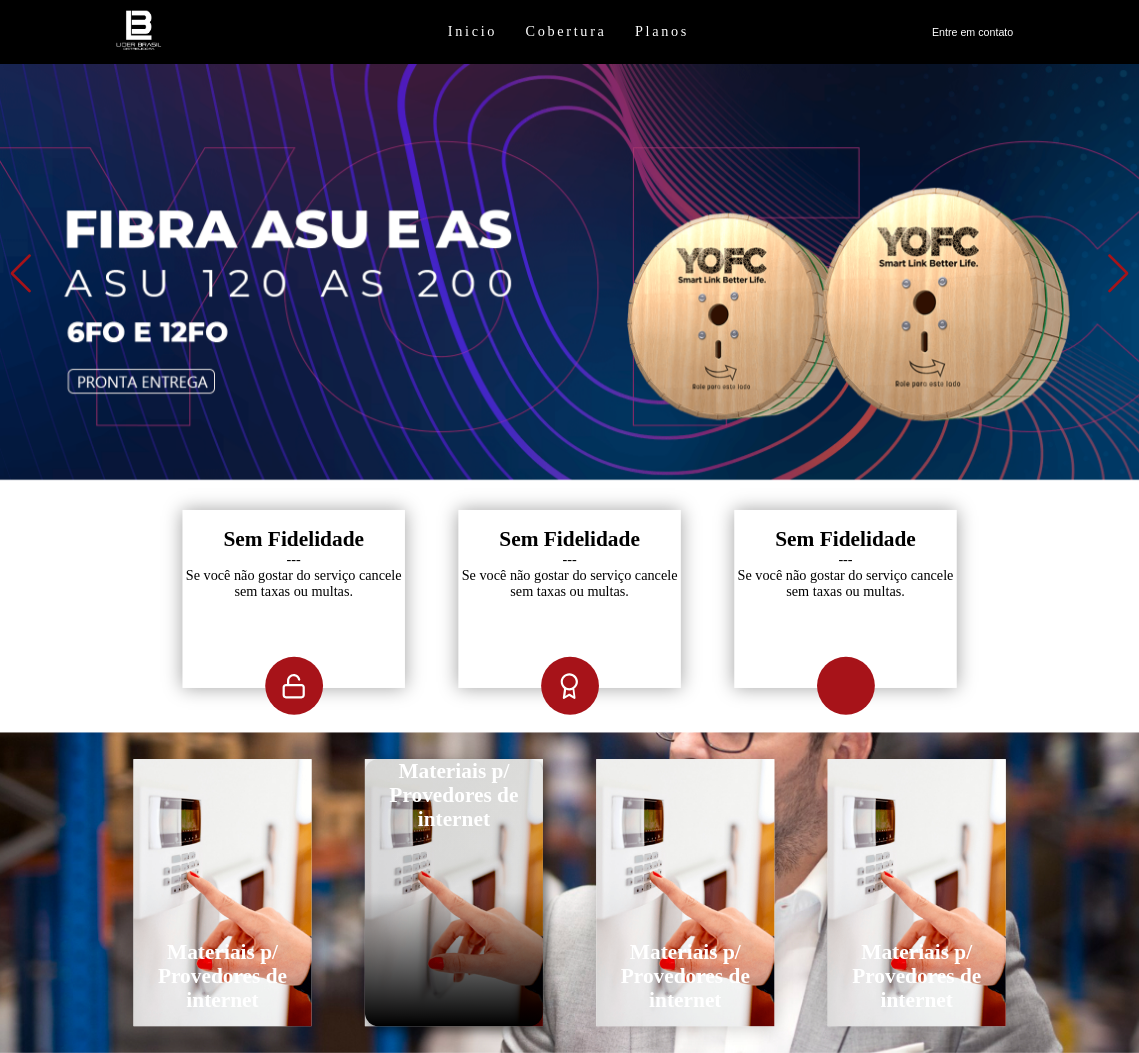
Repository: mateus-henrique-silva/Novo_institucional_lider
Page: index.html
An editor plug-in stored every save of this project. The page is shown before and after the next save, followed by the edit.
The browser window is 1280 px wide. The pictures show the whole page, at 89% of full size.
Backgrounds fixed to the window are drawn as part of the page. Some web fonts or font styles are not loaded; a fallback is used.

Above is the page before, as saved 2022-09-06 10:20:36.
Console error: SyntaxError: Identifier 'MobileNavbar' has already been declared

### index.html
<!DOCTYPE html>
<html lang="en">
  <head>
    <meta charset="UTF-8" />
    <meta http-equiv="X-UA-Compatible" content="IE=edge" />
    <meta name="viewport" content="width=device-width, initial-scale=1.0" />
    <meta
      name="viewport"
      content="width=device-width, user-scalable=yes, initial-scale=1.0, maximum-scale=10, minimum-scale=1.0"
    />
    <link rel="stylesheet" href="./src/CSS/Global.css" />
    <link rel="stylesheet" href="./src/CSS/Header/style.css" />
    <link rel="stylesheet" href="./src/CSS/Main/style.css" />
    <link rel="stylesheet" href="./src/CSS/Main/Carousel/styles.css" />
    <link rel="stylesheet" href="./src/CSS/Main/Box/style.css" />
    <link rel="stylesheet" href="./src/CSS/Main/Products/style.css" />
    <link
      rel="stylesheet"
      href="https://unpkg.com/swiper@8/swiper-bundle.min.css"
    />

    <title>Líder Brasil</title>
  </head>
  <body>
    <header>
      <nav>
        <a class="logo"
          ><img src="./src/Assets/Logo/lb.png" width="50" alt=""
        /></a>
        <div class="mobile-menu">
          <div class="line1"></div>
          <div class="line2"></div>
          <div class="line3"></div>
        </div>
        <ul class="nav-list">
          <li><a href="#network index.html">Inicio</a></li>
          <li><a href="#map-container">Cobertura</a></li>
          <li><a href="#container">Planos</a></li>
        </ul>
        <ul>
          <li style="list-style: none; font-size: 10px">
            <a
              href="#"
              style="
                font-size: 12px;
                padding: 10px;
                font-family: arial;
                color: white;
              "
              onclick="openForm()"
              class="contact-header"
              >Entre em contato</a
            >
          </li>
        </ul>
      </nav>
    </header>
    <main>
      <section>
        <div class="swiper">
          <div class="swiper-wrapper">
            <div class="swiper-slide">
              <div class="project-img">
                <img
                  src="./src/Assets/img/carrossel/desktop/drop-desktop.png"
                  alt="Foto 01"
                />
              </div>
              <div class="project-img" id="mobile-img">
                <img
                  src="./src/Assets/img/carrossel/mobile/drop-mobile.png"
                  alt="Foto 03"
                />
              </div>
            </div>
            <div class="swiper-slide">
              <div class="project-img">
                <img
                  src="./src/Assets/img/carrossel/desktop/escada-desktop.png"
                  alt="Foto 01"
                />
              </div>
              <div class="project-img" id="mobile-img">
                <img
                  src="./src/Assets/img/carrossel/mobile/escada-mobile.png"
                  alt="Foto 03"
                />
              </div>
            </div>
            <div class="swiper-slide">
              <div class="project-img">
                <img src="./src/Assets/img/teste6.png" alt="Foto 01" />
              </div>
              <div class="project-img" id="mobile-img">
                <img src="./src/Assets/img/foto_03.png" alt="Foto 03" />
              </div>
            </div>
          </div>
          <div class="swiper-button-next"></div>
          <div class="swiper-button-prev"></div>
          <div class="swiper-pagination"></div>
        </div>
      </section>
      <section>
        <div class="section-box">
          <!-- card 1 -->

          <ul>
            <li class="box">
              <div class="box-inter">
                <h1>Sem Fidelidade</h1>
                <p>---</p>

                <p>
                  Se você não gostar do serviço cancele sem taxas ou multas.
                </p>
              </div>

              <div class="obj">
                <img
                  src="./src/Assets/img/icons/unlock.svg"
                  alt="arrowup"
                  srcset=""
                />
              </div>
            </li>
            <!-- card 2 -->
            <li class="box">
              <div class="box-inter">
                <h1>Sem Fidelidade</h1>
                <p>---</p>

                <p>
                  Se você não gostar do serviço cancele sem taxas ou multas.
                </p>
              </div>

              <div class="obj">
                <img
                  src="./src/Assets/img/icons/award.svg"
                  alt="arrowup"
                  srcset=""
                />
              </div>
            </li>
            <!-- card 3 -->
            <li class="box">
              <div class="box-inter">
                <h1>Sem Fidelidade</h1>
                <p>---</p>

                <p>
                  Se você não gostar do serviço cancele sem taxas ou multas.
                </p>
              </div>

              <div class="obj">
                <img
                  src="./src/Assets/img/icons/chevrons-up.svg"
                  alt="arrowup"
                  srcset=""
                />
              </div>
            </li>
          </ul>
        </div>
      </section>

      <section>
        <div class="background">
          <img
            class="img"
            src="./src/Assets/img/icons/aBlack.svg"
            alt=""
            srcset=""
          />

          <ul>
            <li>
              <div class="products">
                <button>text</button>
                <div>
                  <h2>Materiais p/ Provedores de internet</h2>
                </div>

              </div>
            </li>

            <li>

              <div class="products">
                <div class="back-radient">
                <button>text</button>
                <div>
                  <h2>Materiais p/ Provedores de internet</h2>
                </div>

              </div>
            </div>
            </li>

            <li>
              <div class="products">
                <button>text</button>
                <div>
                  <h2>Materiais p/ Provedores de internet</h2>
                </div>

              </div>
            </li>
            <li>
              <div class="products">
                <button>text</button>
                <div>
                  <h2>Materiais p/ Provedores de internet</h2>
                </div>

              </div>
            </li>
          </ul>
        </div>
      </section>
    </main>
    <footer></footer>
    <script src="https://unpkg.com/swiper@8/swiper-bundle.min.js"></script>
    <script src="./src/Scripts/Carousel/scripts.js"></script>
    <script src="./src/Scripts/Mobile/scripts.js"></script>
    <script src="./src/Scripts/Global.js"></script>
  </body>
</html>

### src/CSS/Global.css
@import url("https://fonts.googleapis.com/css2?family=Montserrat:ital,wght@0,100;0,200;0,300;0,400;0,500;0,600;0,700;0,800;0,900;1,100;1,200;1,300;1,400;1,500;1,600;1,700;1,800;1,900&family=Source+Serif+Pro:ital,wght@0,200;0,300;0,400;0,600;0,700;0,900;1,200;1,300;1,400;1,600;1,700;1,900&display=swap");

* {
  font-family: 'Source Serif Pro', serif;
  margin: 0;
  padding: 0;
  border: 0;

}


body{

}

### src/CSS/Header/style.css
header {
  width: 100%;
  background-color: black;
  margin-top: 0;
}
a {
  color: black;
  text-decoration: none;
  transition: 0.3s;
}

a:hover {
  opacity: 0.7;
}

.logo {
  align-items: center;
  width: 6%;

  text-transform: uppercase;
  letter-spacing: 4px;
}

.logo h1 {
  font-size: 12px;
}

nav {
  display: flex;
  z-index: 1;

  width: 100%;
  margin-top: 0;

  justify-content: space-around;
  align-items: center;
  background-color: black;
  height: 10vh;
}

.nav-list {
  text-align: center;
  justify-content: center;
  list-style: none;
  display: flex;
  z-index: 1;
}

.nav-list li {
  letter-spacing: 3px;
  margin-left: 32px;
}
.nav-list li a {
  color: white;
}
.nav-list li a:hover {
  color: #ff073b;
}

.mobile-menu {
  display: none;
  margin-left: 80px;
  cursor: pointer;
}

.mobile-menu div {
  transition: 0.3s;

  width: 32px;
  height: 2px;
  background: white;
  margin: 8px;
}

@media (max-width: 950px) {
  body {
    overflow-x: hidden;
  }

  .nav-list {
    position: absolute;
    top: 7vh;
    right: 0;
    width: 100vw;
    height: 100vh;
    background-color: white;
    flex-direction: column;
    color: white;
    /* align-items: center; */
    display: none;
    justify-content:flex-start;
    transition: 0.4s ease-in;
    /* justify-content: space-around; */
    transform: translateX(100%);
  }

  .nav-list li {
    margin-top:100px;
    margin-left: 0;
    opacity: 0;
  }

  .mobile-menu {
    display: block;
  }
  .contact-header {
    display: none;
  }

  .logo {
    margin-left:10px;
    width: 60%;
  }
}

.nav-list.active {
  transition: 0.3s;
  overflow-y: hidden;
  position: fixed;
  z-index: 10000;
  background-color: black;
  transform: translateX(0);
  display: flex;
}

.nav-list.active li {
  color: white!important;
  font-weight:bold;
}

.nav-list.active li {
  color: white;
}

@keyframes navLinkFade {
  from {
    opacity: 0;
    transform: translateX(50px);
  }

  to {
    opacity: 1;
    transform: translateX(0);
  }
}

.mobile-menu.active .line1 {
  transform: rotate(-45deg) translate(-8px, 8px);
}

.mobile-menu.active .line2 {
  opacity: 0;
}

.mobile-menu.active .line3 {
  transform: rotate(45deg) translate(-5px, -7px);
}

### src/CSS/Main/style.css
main{
    width: 100%;
    height: 100%;

    max-width: 100vw;
}


section{

    width: 100%;
    max-width: 100vw;
    height: 100%;
}


ul li {
    list-style: none;
}

### src/CSS/Main/Carousel/styles.css
.swiper {
    height: 100%!important;

  }

  .swiper-slide {
    text-align: center;
    display: flex;
    height: 100%!important;
    align-items: center;
    justify-content: center;
  }

  @media (max-width: 450px) {
    .swiper {
      height: 270px;
    }

    .project-img img{
      width: 100%;
      height: 100%!important;
    }
  }

  .project-img img{
    width: 100%;
    /* height: 80vh; */
  }



  .swiper-pagination-bullet{
    color: white !important;
    /* margin-top:-10px!important; */
    background-color:white !important;
  }

  /*
    largura => 3840
    Altura => 420

  */


  .swiper-button-next:after, .swiper-button-prev:after{
    color:#a71319 !important;
  }

  #mobile-img{
    display: none;
  }


  @media(max-width:999px){
    #mobile-img{
      display: block!important;
    }


    .project-img{
      display:none;
    }
  }


.menu{
  display:flex;
  flex-direction:column;
}

### src/CSS/Main/Box/style.css
.section-box {
  width: 100%;

  justify-content: center;
  align-items: center;
  display: flex;
}

.box {
  display: flex;
  flex-direction: column;
  /* justify-content: center; */

  justify-content: flex-end;
  align-items: center;
  height: 100%;
  margin: 30px;
  margin-bottom: 20px;
  /* width: 100%; */
  /* background-color: red; */
}

@media (max-width: 770px) {
  .section-box {
    width: 100%;
    justify-content: space-around;
    flex-direction: column;
    display: flex;
  }

  .box-inter {
    background-color: white;
    height: 100px;
    width: 200px;
    /* width: 100%; */
  }
}

@media (max-width: 480px) {
  .box-inter {
    height: 170px !important;
    width: 170px !important;
    /* width: 100%; */
  }

  .obj {
    height: 45px !important;

    margin-top: -35px;
    width: 45px !important;
  }

  .obj img {
    width: 20px !important;
  }
}

.box-inter {
  background-color: white;
  height: 200px;
  width: 250px;
  -webkit-box-shadow: 0px 0px 20px 0px rgba(0, 0, 0, 0.37);
  box-shadow: 0px 0px 20px 0px rgba(0, 0, 0, 0.37);
  display: flex;

  flex-direction: column;
  align-items: center;
  text-align: center;

  /* width: 100%; */
}

.box-inter h1 {
  margin-top: 20px;
  font-size: clamp(1em, 1em + 1vw, 1.5em);
}

.box p {
  font-size: clamp(1em, 1em + 0.5vw, 0.5em);
}
.obj {
  background-color: #a71319;
  height: 65px;

  border-radius: 50%;
  display: flex;
  align-items: center;
  justify-content: center;
  margin-top: -35px;
  width: 65px;
}

.obj img {
  width: 30px;
}

.section-box ul {
  display: flex;
  overflow-x: auto;
  width: 100%;
  justify-content: center;
  scroll-behavior: smooth;
}

.section-box .img-arrow {
  display: none;
}

@media (max-width: 600px) {
  .section-box .img-arrow {
    display: flex;
    justify-content: flex-end;

    animation: mymove 0.8s infinite;
  }
  .section-box ul {
    display: flex;
    overflow-x: auto;
    width: 100%;
    justify-content: flex-start;
    scroll-behavior: smooth;
  }
  @keyframes mymove {
    from {
      left: 280px;
    }
    to {
      left: 300px;
    }
  }
}

### src/CSS/Main/Products/style.css
.background {
  width: 100%;
  background: url("../../../Assets/img/Background/medio.jpg") no-repeat center
    fixed;
  height: 100%;
  display: flex;
  justify-content: space-around;
  justify-content: center;
  align-items: center;
}
.background ul {
  display: flex;
  overflow-x: auto;
  overflow-y: hidden;
  scroll-behavior: smooth;
  /* width: 100px; */
}
.background img {
  display: none;
}

.background ul li .products .img {
  display: flex;
}

.products {
  margin: 30px;
  background: url("../../../Assets/img/Background/products/alarme.png")
    no-repeat center;

  background-size: 100%;
  justify-content: flex-end;
  height: 300px;
  width: 200px;
  -webkit-box-shadow: 0px 0px 20px 0px rgba(0, 0, 0, 0.2) !important;
  box-shadow: 0px 0px 20px 0px rgba(0, 0, 0, 0.2) !important;
  background-color: white;
  display: flex;
  text-align: center;
  flex-direction: column;
  align-items: center;
  box-sizing: border-box;
  transition: 0.5s;
}

.products div h2 {
  margin-bottom: 15px;
   color:white;
  transition:2s;
}
.products:hover {
  justify-content: center;
  transition:2s;
}
.products:hover div h2 {

  display: none;
}
@media (max-width: 600px) {
  .background .img {
    position: absolute;
    margin-top: 170px;
    display: flex;
    justify-content: flex-end;
    animation: mymove 0.8s infinite;
  }

  @keyframes mymove {
    from {
      left: 280px;
    }
    to {
      left: 300px;
    }
  }
}

.products button {
  background-color: black;
  display: none;
  color: white;
  cursor: pointer;
  transition: 0.7s;
  padding: 8px 25px 8px;
}

.products:hover button {
  background-color: black;
  display: flex;

  color: white;
  cursor: pointer;
  padding: 8px 25px 8px;
}
.back-radient{
  width: 100%;
height: 100%;



background: linear-gradient(180deg, rgba(0, 0, 0, 0.0962963) 50%, #000000 100%);
box-shadow: 5px 6px 11px rgba(0, 0, 0, 0.45);
border-radius: 15px;
}

### src/Scripts/Mobile/scripts.js
class MobileNavbar{


    constructor(mobileMenu, navList, navLinks){
        this.mobileMenu = document.querySelector(mobileMenu);
        this.navList = document.querySelector(navList);
        this.navLinks = document.querySelectorAll(navLinks);
        this.activeClass = "active";
        this.hadleClick =  this.hadleClick.bind(this);


    }

    animateLinks(){
        this.navLinks.forEach((link, index)=>{

            var calc = index/7+0.3;


            link.style.animation
            ?(link.style.animation="")
            :(link.style.animation= `navLinkFade 0.5s ease forwards ${calc}s`);


        });


    }


    hadleClick(){


        this.navList.classList.toggle(this.activeClass);
        this.mobileMenu.classList.toggle(this.activeClass);
        this.animateLinks();
    }

    addClickEvent(){
        this.mobileMenu.addEventListener("click", this.hadleClick);


    }

    init(){

        if(this.mobileMenu){

            this.addClickEvent();
        }
        return this;
    }
    }



    const mobileNavbar = new MobileNavbar(

        ".mobile-menu",

        ".nav-list",

        ".nav-list li",


        );


    mobileNavbar.init();

### src/Scripts/Global.js
document.onmousedown=disableclick;
function disableclick(event)
{
  if(event.button==2)
   {
     return false;
   }
}

### src/Assets/img/icons/award.svg
<?xml version="1.0" encoding="utf-8"?>
<!-- Generator: Adobe Illustrator 24.0.1, SVG Export Plug-In . SVG Version: 6.00 Build 0)  -->
<svg version="1.1" id="Camada_1" xmlns="http://www.w3.org/2000/svg" xmlns:xlink="http://www.w3.org/1999/xlink" x="0px" y="0px"
	 viewBox="0 0 24 24" style="enable-background:new 0 0 24 24;" xml:space="preserve">
<style type="text/css">
	.st0{fill:#FFFFFF;}
</style>
<path class="st0" d="M19.5,8.1c0-4.3-3.5-7.7-7.7-7.7S4,3.9,4,8.1c0,2.5,1.2,4.7,3,6.1l-1.1,8.3c0,0.4,0.1,0.7,0.4,0.9
	c0.3,0.2,0.7,0.2,1,0l4.3-2.6l4.3,2.6c0.2,0.1,0.3,0.1,0.5,0.1c0.2,0,0.4-0.1,0.5-0.2c0.3-0.2,0.5-0.6,0.4-0.9l-1.1-8.3
	C18.3,12.8,19.5,10.6,19.5,8.1z M5.9,8.1c0-3.2,2.6-5.8,5.8-5.8s5.8,2.6,5.8,5.8s-2.6,5.8-5.8,5.8S5.9,11.3,5.9,8.1z M15.4,20.8
	l-3.1-1.9c-0.3-0.2-0.7-0.2-1,0l-3.1,1.9l0.7-5.5c0.9,0.4,1.9,0.6,2.9,0.6c1,0,2-0.2,2.9-0.6L15.4,20.8z"/>
</svg>

### src/Assets/img/icons/chevrons-up.svg
<svg xmlns="http://www.w3.org/2000/svg" width="24" height="24" viewBox="0 0 24 24" fill="none" stroke="" stroke-width="2" stroke-linecap="round" stroke-linejoin="round" class="feather feather-chevrons-up"><polyline points="17 11 12 6 7 11"></polyline><polyline points="17 18 12 13 7 18" color="white"></polyline></svg>

After the next save:
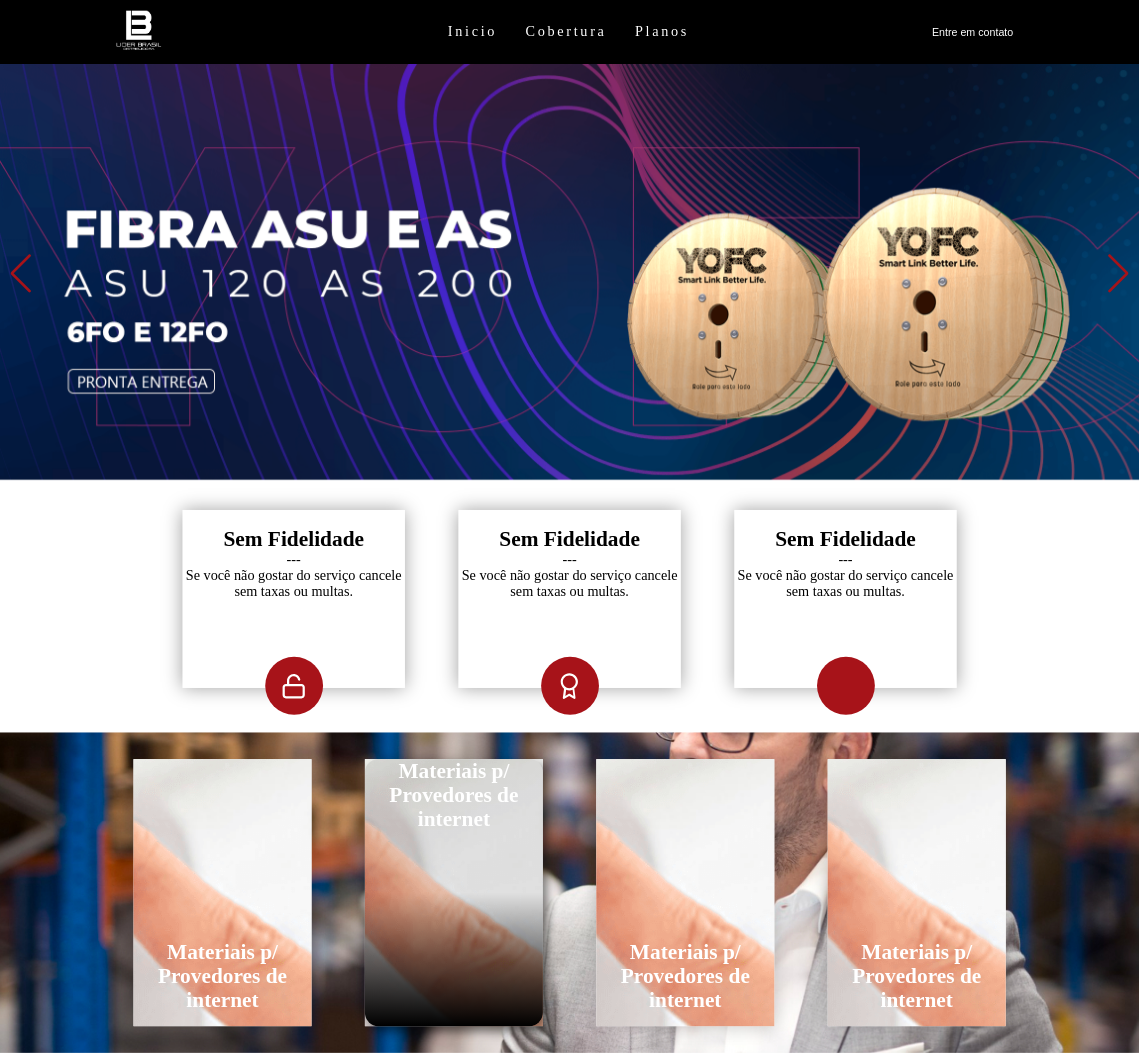
Saved 16 s later.
--- a/src/CSS/Main/Products/style.css
+++ b/src/CSS/Main/Products/style.css
@@ -27,6 +27,7 @@
   margin: 30px;
   background: url("../../../Assets/img/Background/products/alarme.png")
     no-repeat center;
+    bord
 
   background-size: 100%;
   justify-content: flex-end;

After the save that followed:
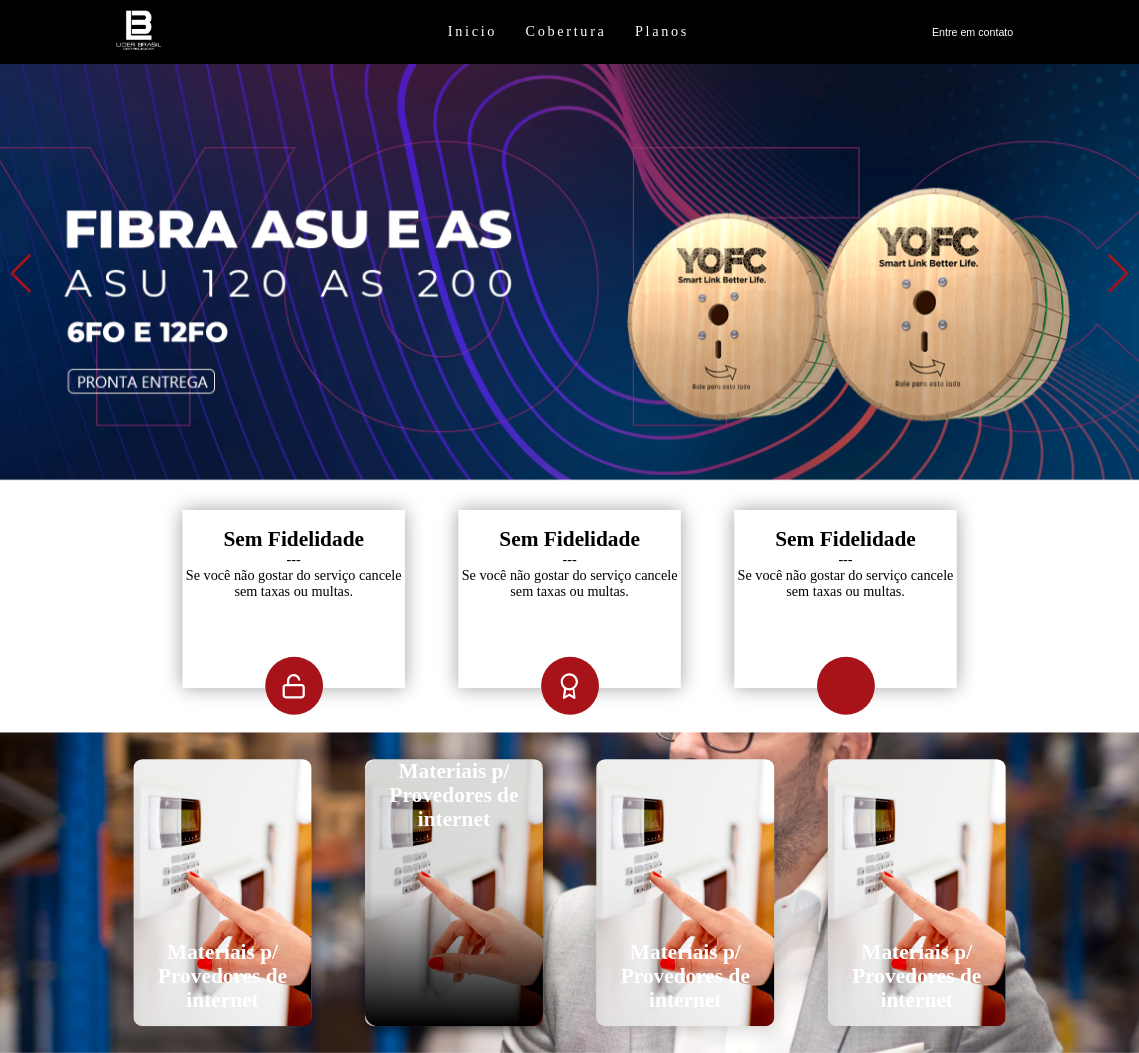
Saved 4 s later.
--- a/src/CSS/Main/Products/style.css
+++ b/src/CSS/Main/Products/style.css
@@ -27,7 +27,7 @@
   margin: 30px;
   background: url("../../../Assets/img/Background/products/alarme.png")
     no-repeat center;
-    bord
+    border-radius:10px;
 
   background-size: 100%;
   justify-content: flex-end;
